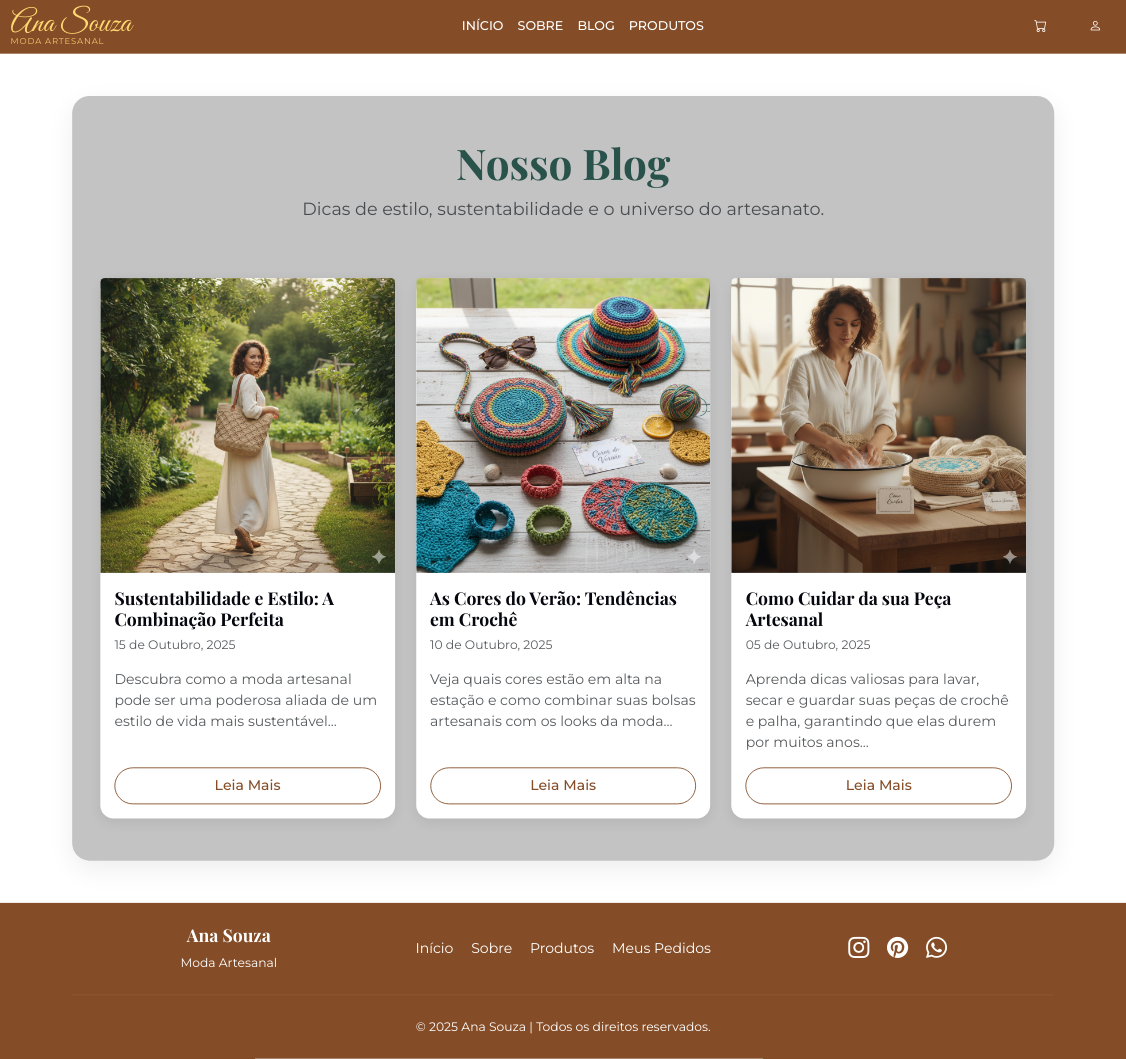
Repository: Lucascsg/projeto-anasouza-frontend
Page: blog.html
An editor plug-in stored every save of this project. The page is shown before and after the next save, followed by the edit.
The browser window is 1280 px wide. The pictures show the whole page, at 88% of full size.
The page's requests for data from a server got no answer.

Above is the page before, as saved 2025-10-27 23:57:25.

### blog.html
<!DOCTYPE html>
<html lang="pt-br">
<head>
    <meta charset="UTF-8">
    <meta name="viewport" content="width=device-width, initial-scale=1.0">
    <title>Blog - Ana Souza</title>

    <link href="https://cdn.jsdelivr.net/npm/bootstrap@5.3.2/dist/css/bootstrap.min.css" rel="stylesheet" integrity="sha384-T3c6CoIi6uLrA9TneNEoa7RxnatzjcDSCmG1MXxSR1GAsXEV/Dwwykc2MPK8M2HN" crossorigin="anonymous">
    <link rel="stylesheet" href="css/style.css">
    <link rel="stylesheet" href="https://cdn.jsdelivr.net/npm/bootstrap-icons@1.11.1/font/bootstrap-icons.css">
    <link rel="preconnect" href="https://fonts.googleapis.com">
    <link rel="preconnect" href="https://fonts.gstatic.com" crossorigin>
    <link href="https://fonts.googleapis.com/css2?family=Montserrat:wght@400;500;600&family=Playfair+Display:wght@700&family=Great+Vibes&display=swap" rel="stylesheet">
    <link rel="stylesheet" href="https://unpkg.com/aos@next/dist/aos.css" />
</head>
<body class="bg-white-page">

    <header>
        <nav class="navbar navbar-expand-lg navbar-dark navbar-custom">
            <div class="container-fluid">
                <a class="navbar-brand logo-text" href="index.html">
                    <div>Ana Souza</div>
                    <small class="logo-subtitle">MODA ARTESANAL</small>
                </a>
                <button class="navbar-toggler" type="button" data-bs-toggle="collapse" data-bs-target="#navbarNav" aria-controls="navbarNav" aria-expanded="false" aria-label="Toggle navigation">
                    <span class="navbar-toggler-icon"></span>
                </button>
                <div class="collapse navbar-collapse" id="navbarNav">
                    <ul class="navbar-nav mx-auto">
                        <li class="nav-item"><a class="nav-link" href="index.html">Início</a></li>
                        <li class="nav-item"><a class="nav-link" href="index.html#sobre">Sobre</a></li>
                        <li class="nav-item"><a class="nav-link active" href="blog.html">Blog</a></li>
                        <li class="nav-item"><a class="nav-link" href="index.html#produtos">Produtos</a></li>
                    </ul>
                    <div class="navbar-icons d-flex">
                        <a href="carrinho.html" class="nav-link position-relative">
                            <i class="bi bi-cart"></i>
                            <span class="badge rounded-pill bg-danger position-absolute top-0 start-100 translate-middle" id="contador-carrinho" style="display: none;">0</span>
                        </a>
                        <a href="login.html"class="nav-link ms-3"><i class="bi bi-person"></i></a>
                    </div>
                </div>
            </div>
        </nav>
    </header>

  <main class="container my-5">
    <div class="section-card">
        <div class="row">
            <div class="col-12 text-center mb-5">
                <h1 class="display-5 fw-bold">Nosso Blog</h1>
                <p class="lead text-muted">Dicas de estilo, sustentabilidade e o universo do artesanato.</p>
            </div>
        </div>

        <div class="row gy-4" id="lista-posts">
            </div>
    </div> </main>

    <footer class="py-4 footer-custom">
        <div class="container text-center text-white">
            <div class="row align-items-center">
                <div class="col-md-4 mb-3 mb-md-0">
                    <h5 class="text-white">Ana Souza</h5>
                    <small>Moda Artesanal</small>
                </div>
                <div class="col-md-4 mb-3 mb-md-0">
                    <ul class="list-inline mb-0">
                        <li class="list-inline-item mx-2"><a href="index.html" class="text-white">Início</a></li>
                        <li class="list-inline-item mx-2"><a href="index.html#sobre" class="text-white">Sobre</a></li>
                        <li class="list-inline-item mx-2"><a href="produtos.html" class="text-white">Produtos</a></li>
                        <li class="list-inline-item mx-2"><a href="historico.html" class="text-white">Meus Pedidos</a></li>
                    </ul>
                </div>
                <div class="col-md-4">
                    <a href="#" class="text-white fs-4 mx-2"><i class="bi bi-instagram"></i></a>
                    <a href="#" class="text-white fs-4 mx-2"><i class="bi bi-pinterest"></i></a>
                    <a href="#" class="text-white fs-4 mx-2"><i class="bi bi-whatsapp"></i></a>
                </div>
            </div>
            <hr class="my-4" style="border-color: rgba(255, 255, 255, 0.3);">
            <small>&copy; 2025 Ana Souza | Todos os direitos reservados.</small>
        </div>
    </footer>

    <script src="https://cdn.jsdelivr.net/npm/bootstrap@5.3.2/dist/js/bootstrap.bundle.min.js"></script>
    <script src="https://unpkg.com/aos@next/dist/aos.js"></script>
    <script src="js/blog.js"></script>
</body>
</html>

### css/style.css
/* =================================== */
/* VARIÁVEIS GLOBAIS E ESTILOS BASE    */
/* =================================== */
:root {
    /* Sua paleta de cores (mantive suas últimas alterações) */
    --cor-base-escura: #854D27;
    --cor-acao-vibrante: #854D27;
    --cor-detalhe-quente: #29524A;
    --cor-texto-escuro: #06070E;

    /* Cores Neutras e de Fundo */
    --cor-fundo-claro: #F8F5F2;
    --cor-texto-claro: #FFFFFF;
}

body {
    font-family: 'Montserrat', sans-serif;
    background-color: #B16262;
    color: var(--cor-texto-escuro);
}

/* Estilo para páginas com fundo branco específico */
body.bg-white-page {
    background-color: #FFFFFF;
}

h1, h2, h3, h4, h5, h6 {
    font-family: 'Playfair Display', serif;
    color: var(--cor-detalhe-quente);
}

/* =================================== */
/* ESTILOS DA BARRA DE NAVEGAÇÃO       */
/* =================================== */
.navbar-custom {
    background-color: var(--cor-base-escura);
}
/* ... (O resto dos estilos da navbar e do logo permanecem como você enviou) ... */
.navbar-brand.logo-text {
    display: flex;
    flex-direction: column;
    justify-content: center;
    padding: 0;
    position: relative;
    top: 2px;
}
.navbar-brand div {
    font-family: 'Great Vibes', cursive;
    font-size: 2.2rem;
    color: #FFD972 !important;
    line-height: 1;
    font-weight: normal;
}
.navbar-brand .logo-subtitle {
    font-family: 'Montserrat', sans-serif;
    font-size: 0.6rem;
    text-transform: uppercase;
    letter-spacing: 0.1em;
    display: block;
    opacity: 0.9;
    color: #FFD972;
    margin-top: -5px;
}
/* ... (outros estilos da navbar que você enviou) ... */
.navbar-custom .navbar-brand img {
    height: 40px;
}
.navbar-custom .nav-link {
    color: var(--cor-texto-claro);
    font-weight: 500;
    text-transform: uppercase;
    font-size: 0.9rem;
    padding: 0.5rem 1rem;
    transition: opacity 0.3s;
}
.navbar-custom .nav-link:hover {
    opacity: 0.8;
}
.navbar-icons a {
    color: var(--cor-texto-claro);
    font-size: 1.2rem;
    transition: opacity 0.3s;
}
.navbar-icons a:hover {
    opacity: 0.8;
}


/* =================================== */
/* ESTILOS DA SEÇÃO HERO (IMAGEM)      */
/* =================================== */
#hero {
    position: relative;
    height: 90vh;
    width: 100%;
    display: flex;
    align-items: center;
    justify-content: center;

    /* --- ATUALIZAÇÃO PARA IMAGEM DE FUNDO --- */
    background: url('../imagens/hero-background.jpg') no-repeat center center/cover;
}

#hero::after {
    content: '';
    position: absolute;
    top: 0;
    left: 0;
    width: 100%;
    height: 100%;
    background: rgba(0, 0, 0, 0.6);
    z-index: 1;
}

#hero .hero-content {
    position: relative;
    z-index: 2;
}

#hero .hero-content h1 {
    font-weight: 700;
    color: var(--cor-texto-claro);
}

#hero .hero-content .btn {
    border-radius: 50px;
    padding: 12px 30px;
    font-weight: 600;
}


/* ... (O resto do seu CSS continua exatamente como você enviou) ... */

/* =================================== */
/* ESTILOS GERAIS DAS SEÇÕES           */
/* =================================== */
section h2 {
    color: var(--cor-detalhe-quente);
    margin-bottom: 1rem;
}

/* =================================== */
/* ESTILOS DA SEÇÃO DE PRODUTOS        */
/* =================================== */
.product-card {
    border: none;
    border-radius: 15px;
    box-shadow: 0 4px 15px rgba(0, 0, 0, 0.08);
    transition: all 0.3s ease-in-out;
}
.product-card:hover {
    transform: translateY(-8px);
    box-shadow: 0 8px 25px rgba(0, 0, 0, 0.12);
}
.product-card .card-title {
    color: var(--cor-texto-escuro);
    font-weight: 600;
}
.product-card .btn {
    border-radius: 50px;
    padding: 8px 25px;
    font-weight: 500;
    border-color: var(--cor-base-escura);
    color: var(--cor-base-escura);
}
.product-card .btn:hover {
    background-color: var(--cor-base-escura);
    color: white;
}

/* =================================== */
/* ESTILOS DA SEÇÃO DE BLOG            */
/* =================================== */
.btn-custom-primary {
    background-color: var(--cor-acao-vibrante);
    color: white;
    border: none;
    border-radius: 50px;
    padding: 10px 30px;
    font-weight: 600;
    transition: all 0.3s;
}
.btn-custom-primary:hover {
    background-color: var(--cor-acao-vibrante);
    color: white;
    opacity: 0.9;
    transform: translateY(-2px);
}
#blog img {
    border-radius: 15px;
}

/* =================================== */
/* ESTILOS DO RODAPÉ (FOOTER)          */
/* =================================== */
.footer-custom {
    background-color: var(--cor-base-escura);
}
.footer-custom a {
    text-decoration: none;
    transition: opacity 0.3s;
}
.footer-custom a:hover {
    opacity: 0.8;
}

/* =================================== */
/* ESTILO DE SEÇÃO EM FORMATO DE CARD  */
/* =================================== */

.section-card {
    background-color: #c3c3c3; /* Fundo branco para o card */
    padding: 3rem 2rem;        /* Espaçamento interno generoso */
    border-radius: 20px;       /* As pontas curvadas que você pediu */
    box-shadow: 0 10px 30px rgba(0, 0, 0, 0.07); /* Sombra sutil para "flutuar" */
}

/* =================================== */
/* Estilos da Página de Produto        */
/* =================================== */

.product-price {
    color: var(--cor-detalhe-quente); /* Usando o verde/marrom dos títulos */
    font-weight: 600;
}

/* =================================== */
/* Estilos da Personalização de Cor    */
/* =================================== */

.seletor-cor {
    width: 32px;
    height: 32px;
    border-radius: 50%; /* Deixa o elemento redondo */
    border: 2px solid #eee;
    cursor: pointer;
    margin-right: 10px;
    margin-bottom: 10px;
    transition: transform 0.2s ease-in-out;
    background-size: cover;
    background-position: center;
}

.seletor-cor:hover {
    transform: scale(1.1); /* Efeito de zoom no hover */
}

/* Estilo para o seletor de cor que está ativo/selecionado */
.seletor-cor.active {
    border-color: var(--cor-base-escura); /* Usa a cor da navbar para destacar */
    box-shadow: 0 0 8px rgba(0, 0, 0, 0.3);
}

/* ============================================= */
/* REFINAMENTO DA PÁGINA DE POST (LEIA MAIS)     */
/* ============================================= */

/* 1. Controlando o tamanho da imagem de destaque */
#post-imagem {
    max-height: 450px; /* Define uma altura máxima para a imagem */
    width: 100%;
    object-fit: cover;   /* Garante que a imagem cubra o espaço sem distorcer */
    border-radius: 15px; /* Bordas mais suaves, combinando com o resto do site */
}

/* 2. Ajustando o Título e a Data */
#post-titulo {
    margin-top: 2.5rem; /* Adiciona mais espaço acima do título */
}

#post-data {
    font-size: 0.8rem;
    text-transform: uppercase;
    letter-spacing: 0.05em; /* Espaçamento entre as letras para um look mais "design" */
}

/* 3. Melhorando a legibilidade do texto do artigo */
#post-conteudo p {
    font-size: 1.1rem;      /* Aumenta um pouco o tamanho da fonte para leitura */
    line-height: 1.8;       /* Aumenta o espaçamento entre as linhas, essencial para textos longos */
    color: #343a40;         /* Um cinza mais escuro para melhor contraste e conforto visual */
}

/* Estilo para os cards de resumo na página de agradecimento */
.summary-item-card {
    background-color: #c3c3c3 !important; /* O cinza que você usou nos section-cards */
    border: none;
    color: var(--cor-texto-escuro); /* Garante que o texto dentro seja escuro */
}

/* =================================== */
/* Estilos para Formulários de Login/Cadastro */
/* =================================== */
.form-container {
    padding: 2rem;
}

@media (min-width: 768px) {
    .form-container {
        padding: 3rem;
    }
}

/* Links personalizados para autenticação */
.link-custom-secondary {
    color: var(--cor-base-escura); /* Usa sua cor base escura */
    text-decoration: underline;
}
.link-custom-secondary:hover {
    color: var(--cor-principal-hover); /* Muda para o hover da cor principal */
    text-decoration: none;
}

### js/blog.js
document.addEventListener('DOMContentLoaded', function() {
    carregarPosts();
    atualizarContadorCarrinho(); // Garante que o contador do carrinho funcione nesta página também
    AOS.init();
});

async function carregarPosts() {
    const listaPosts = document.getElementById('lista-posts');
    if (!listaPosts) return;

    try {
        const response = await fetch('blog.json');
        const posts = await response.json();

        listaPosts.innerHTML = ''; // Limpa o container

        posts.forEach(post => {
            const postHTML = `
                <div class="col-md-6 col-lg-4" data-aos="fade-up">
                    <div class="card product-card h-100">
                        <img src="${post.imagem}" class="card-img-top" alt="${post.titulo}">
                        <div class="card-body d-flex flex-column">
                            <h5 class="card-title">${post.titulo}</h5>
                            <p class="card-text text-muted small">${post.data}</p>
                            <p class="card-text text-muted">${post.resumo}</p>
                            <a href="post.html?id=${post.id}" class="btn btn-outline-dark mt-auto">Leia Mais</a>
                        </div>
                    </div>
                </div>
            `;
            listaPosts.innerHTML += postHTML;
        });

    } catch (error) {
        console.error('Erro ao carregar os posts do blog:', error);
        listaPosts.innerHTML = '<p class="text-danger">Não foi possível carregar os posts no momento.</p>';
    }
}

// Função para manter o contador do carrinho atualizado
function atualizarContadorCarrinho() {
    let carrinho = JSON.parse(localStorage.getItem('carrinho')) || [];
    const totalItens = carrinho.reduce((total, item) => total + item.quantidade, 0);
    const contadorElemento = document.getElementById('contador-carrinho');

    if (contadorElemento) {
        if (totalItens > 0) {
            contadorElemento.textContent = totalItens;
            contadorElemento.style.display = 'inline';
        } else {
            contadorElemento.style.display = 'none';
        }
    }
}

### blog.json
[
  {
    "id": 1,
    "titulo": "Sustentabilidade e Estilo: A Combinação Perfeita",
    "resumo": "Descubra como a moda artesanal pode ser uma poderosa aliada de um estilo de vida mais sustentável...",
    "imagem": "imagens/blog1.png",
    "data": "15 de Outubro, 2025",
    "conteudo": "<p>O 'slow fashion' é um movimento que se opõe ao consumo rápido, focando na qualidade em vez da quantidade. Ele valoriza peças duráveis, com história, produzidas de forma artesanal e com materiais que respeitam o meio ambiente.</p><p>Para aderir a essa filosofia, a sugestão é investir em peças-chave de boa qualidade, conhecer a origem dos produtos para apoiar artesãos locais e cuidar bem das roupas para que durem mais. Essencialmente, é um ato de consumo consciente que busca construir um guarda-roupa com mais significado, estilo e que reflita os valores de cada pessoa.</p>"
  },
  {
    "id": 2,
    "titulo": "As Cores do Verão: Tendências em Crochê",
    "resumo": "Veja quais cores estão em alta na estação e como combinar suas bolsas artesanais com os looks da moda...",
    "imagem": "imagens/blog2.png",
    "data": "10 de Outubro, 2025",
    "conteudo": "<p>O verão chegou e com ele uma explosão de cores. Para a moda artesanal, os tons vibrantes como o laranja, o verde limão e o azul turquesa estão em alta. Essas cores trazem alegria e um toque moderno às peças clássicas de crochê.</p><p>Uma dica de estilo é usar uma bolsa de cor vibrante como ponto de destaque em um look mais neutro, com peças brancas ou em tons de areia. Não tenha medo de ousar e misturar texturas!</p>"
  },
  {
    "id": 3,
    "titulo": "Como Cuidar da sua Peça Artesanal",
    "resumo": "Aprenda dicas valiosas para lavar, secar e guardar suas peças de crochê e palha, garantindo que elas durem por muitos anos...",
    "imagem": "imagens/blog3.png",
    "data": "05 de Outubro, 2025",
    "conteudo": "<p>Peças feitas à mão requerem um cuidado especial para manterem sua beleza e durabilidade. Para bolsas de crochê, a lavagem deve ser feita à mão, com sabão neutro e água fria. Evite torcer a peça; em vez disso, pressione-a suavemente para remover o excesso de água.</p><p>Deixe secar na sombra, em uma superfície horizontal, para que o peso da água não deforme os pontos. Com esses cuidados simples, sua peça artesanal continuará linda por muitas estações.</p>"
  }
]

After the next save:
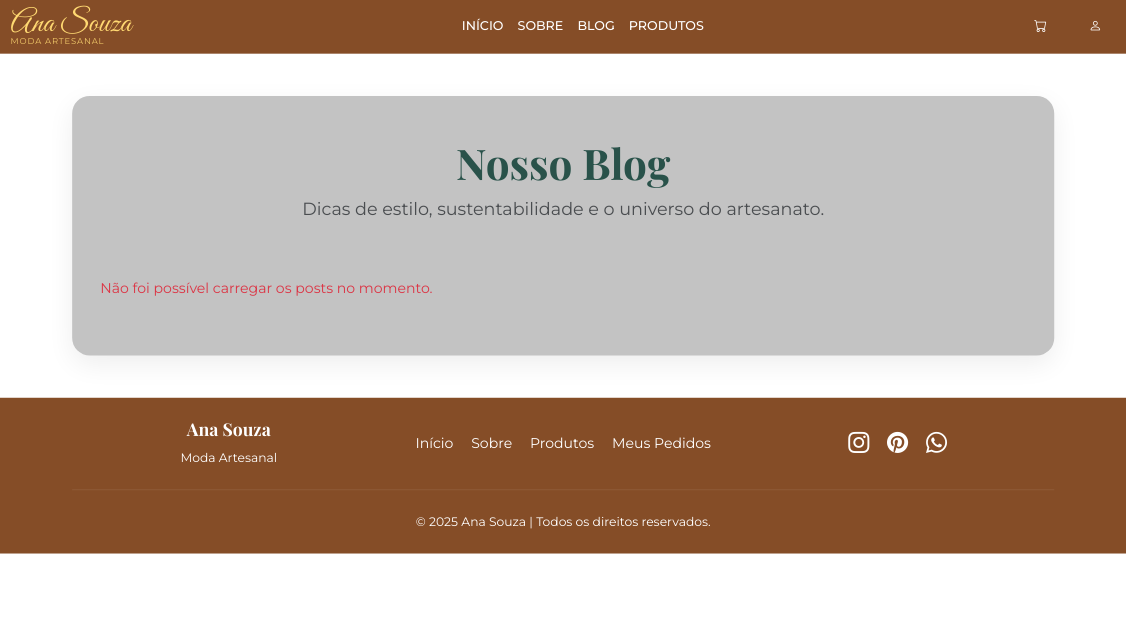
Saved 38 min 6 s later.
--- a/js/blog.js
+++ b/js/blog.js
@@ -9,7 +9,7 @@ async function carregarPosts() {
     if (!listaPosts) return;
 
     try {
-        const response = await fetch('blog.json');
+        const response = await fetch('http://localhost:8080/api/blog');
         const posts = await response.json();
 
         listaPosts.innerHTML = ''; // Limpa o container
